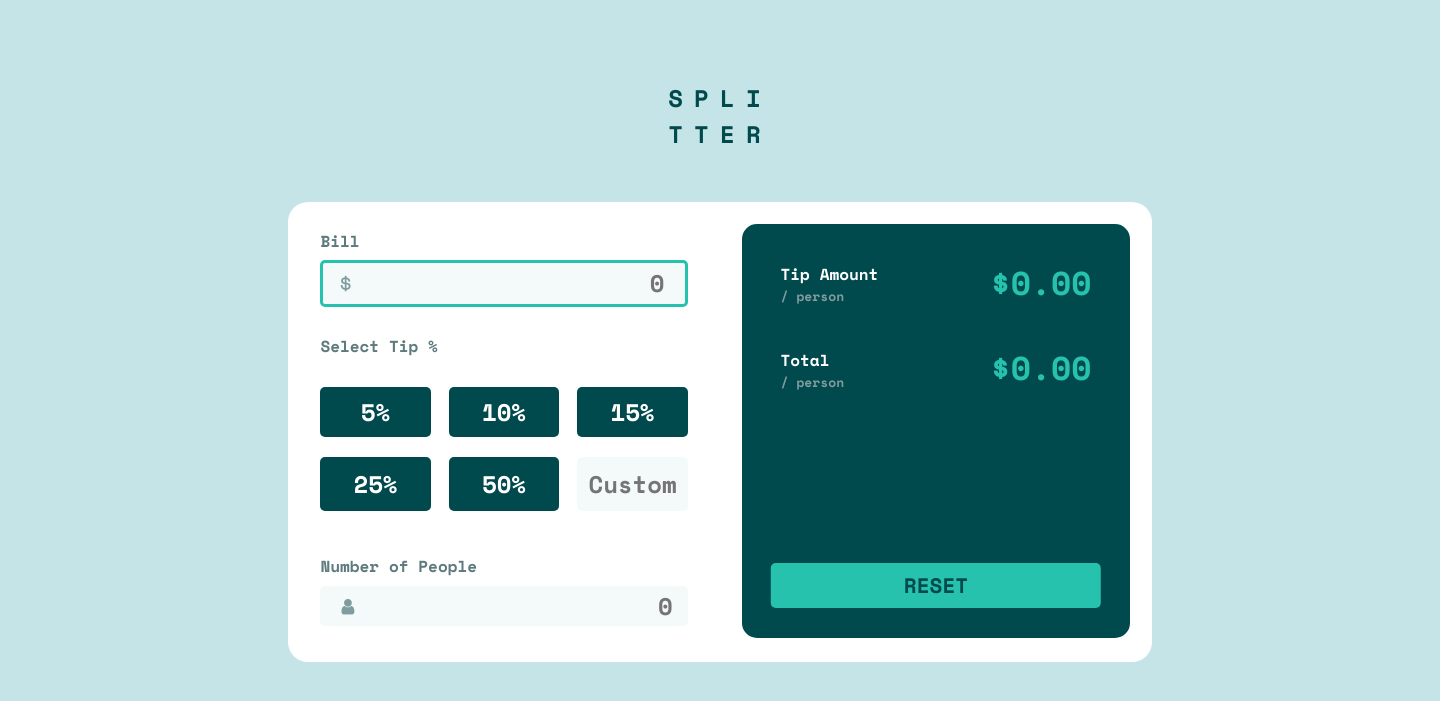
Repository: WindOfCodes/Tip_calculator
Page: index.html
An editor plug-in stored every save of this project. The page is shown before and after the next save, followed by the edit.
The browser window is 1440 px wide. The pictures show the whole page.
The first visible `.billValue` is being pressed.
The style sheet was rebuilt from its Sass, Less or Tailwind sources for each picture, by a compiler version that may differ from the author's.

Above is the page before, as saved 2023-01-24 14:56:45.

After the next save:
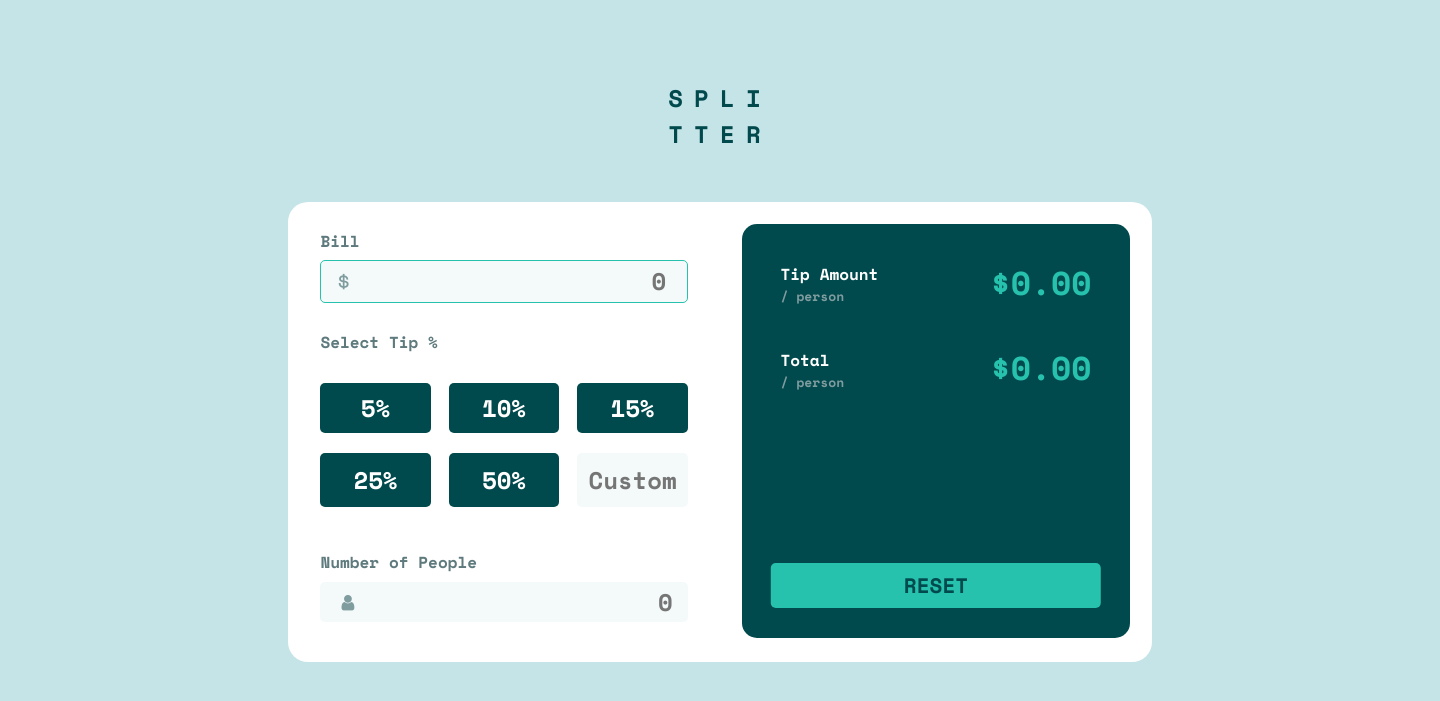
Saved 63 s later.
--- a/src/sass/_card.scss
+++ b/src/sass/_card.scss
@@ -313,7 +313,7 @@
   }
 
   .billValue:active {
-    border: 3px solid $SweetGreen;
+    border: 1px solid $SweetGreen;
     // margin: -2px;
   }
 

After the save that followed:
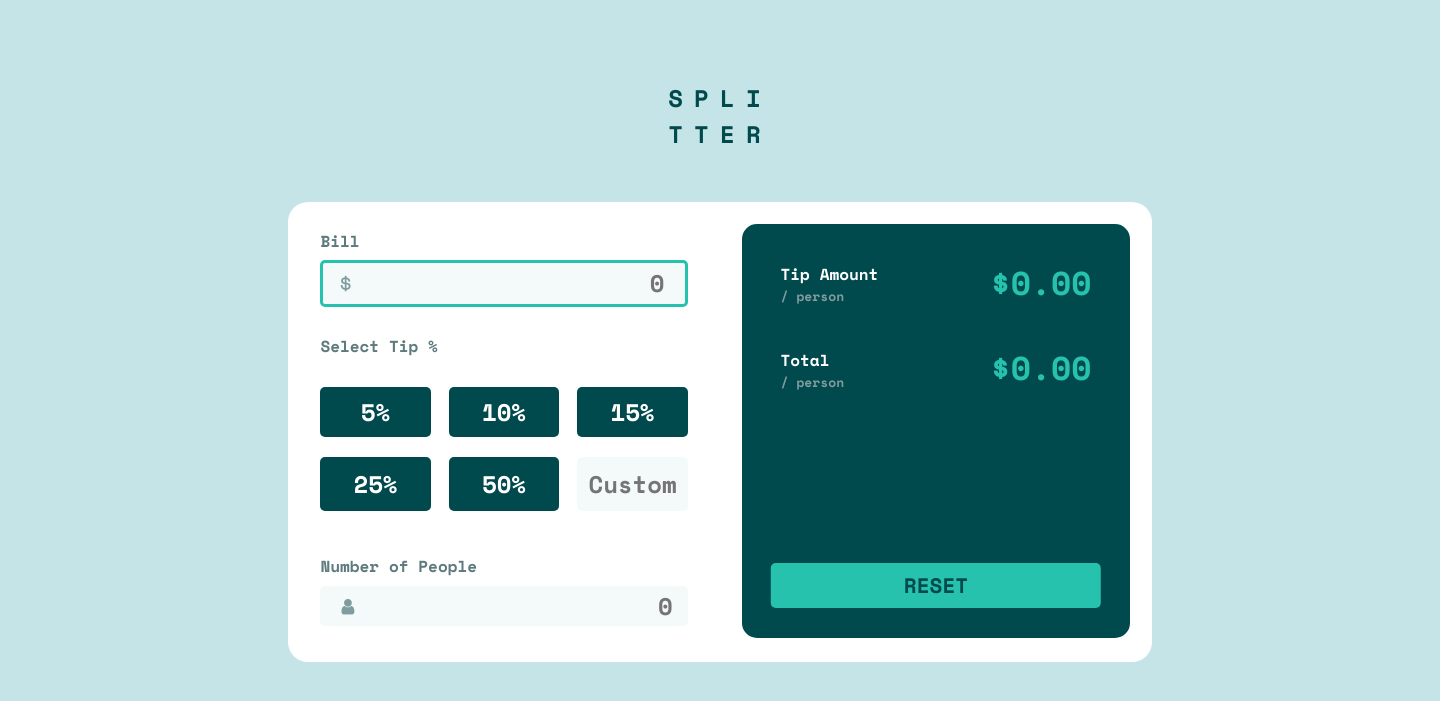
Saved 10 s later.
--- a/src/sass/_card.scss
+++ b/src/sass/_card.scss
@@ -313,7 +313,7 @@
   }
 
   .billValue:active {
-    border: 1px solid $SweetGreen;
+    border: 3px solid $SweetGreen;
     // margin: -2px;
   }
 
